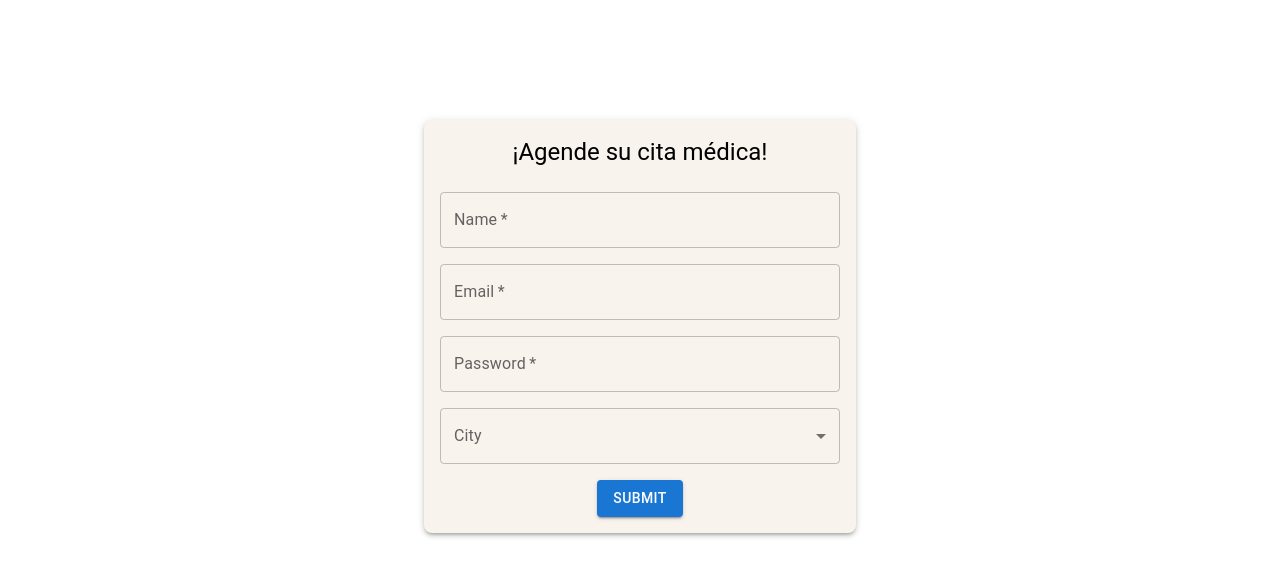
Repository: nicoleabaddd/FormReactJs
Page: /
An editor plug-in stored every save of this project. The page is shown before and after the next save, followed by the edit.
The browser window is 1280 px wide. The pictures show the whole page.
The project was rebuilt for these pictures with package versions that can differ from the ones it lists, and the page was loaded fresh each time. Also part of the build but not shown: src/App.css.

Above is the page before, as saved 2024-07-15 01:10:54.

### src/App.js
import './App.css';
import { Box } from '@mui/material';
import FormPages from "./pages/formPages";

const App = () => {
  return (
    <div>
      <FormPages />
    </div>
  );
};

export default App;

### src/pages/formPages.jsx
import { Box } from "@mui/material";
import React from "react";
import Forms from "../components/formulario";

const FormPages=()=> {
    return (
        <Box sx={{}}> <Box sx={{marginTop: "120px" ,justifyContent: "center" }}> <Forms/></Box> </Box>

    )
};

export default FormPages;

### src/components/formulario.jsx
import React, { useState } from "react";
import {
    TextField,
    Button,
    Box,
    Typography,
    Dialog,
    DialogActions,
    DialogContent,
    DialogContentText,
    DialogTitle,
    MenuItem,
    Select,
    InputLabel,
    FormControl
  } from "@mui/material";
import { green } from "@mui/material/colors";

  const cities = [
    { name: "Quito", value: "Quito" },
    { name: "Guayaquil", value: "Guayaquil" },
    { name: "Cuenca", value: "Cuenca" },
    { name: "Santo Domingo", value: "Santo Domingo" },
    { name: "Machala", value: "Machala" },
    { name: "Durán", value: "Durán" },
    { name: "Manta", value: "Manta" },
    { name: "Portoviejo", value: "Portoviejo" },
    { name: "Ambato", value: "Ambato" },
    { name: "Riobamba", value: "Riobamba" }
  ];

  const Forms = () => {
    const [formData, setFormData] = useState({
      name: "",
      email: "",
      password: "",
      city: ""
    });
    const [open, setOpen] = useState(false);

    const handleChange = (e) => {
      const { name, value } = e.target;
      setFormData((prevData) => ({
        ...prevData,
        [name]: value
      }));
    };

    const handleSubmit = (e) => {
      e.preventDefault();
      console.log(formData);
      setOpen(true);
    };

    const handleClose = () => {
      setOpen(false);
    };

    return (
      <Box
        component="form"
        onSubmit={handleSubmit}
        sx={{
          display: "flex",
          flexDirection: "column",
          alignItems: "center",
          gap: 2,
          maxWidth: 400,
          margin: "auto",
          padding: 2,
          boxShadow: 3,
          borderRadius: 2,
          background: "#F9F3EE"
        }}
      >
        <Typography variant="h5" component="h1" gutterBottom>
          ¡Agende su cita médica!
        </Typography>

        <TextField
          label="Name"
          name="name"
          value={formData.name}
          onChange={handleChange}
          fullWidth
          required
        />
        <TextField
          label="Email"
          name="email"
          value={formData.email}
          onChange={handleChange}
          fullWidth
          required
          type="email"
        />
        <TextField
          label="Password"
          name="password"
          value={formData.password}
          onChange={handleChange}
          fullWidth
          required
          type="password"
        />
        <FormControl fullWidth>
          <InputLabel id="city-label">City</InputLabel>
          <Select
            labelId="city-label"
            name="city"
            value={formData.city}
            onChange={handleChange}
            label="City"
            fullWidth
            required
          >
            {cities.map((city, index) => (
              <MenuItem key={index} value={city.value}>
                {city.name}
              </MenuItem>
            ))}
          </Select>
        </FormControl>
        <Button variant="contained" color="primary" type="submit">
          Submit
        </Button>

        <Dialog open={open} onClose={handleClose}>
          <DialogTitle>{"Cita agendada"}</DialogTitle>
          <DialogContent>
            <DialogContentText>
              ¡Tu cita ha sido agendada exitosamente!
            </DialogContentText>
          </DialogContent>
          <DialogActions>
            <Button onClick={handleClose} color="primary" autoFocus>
              Close
            </Button>
          </DialogActions>
        </Dialog>
      </Box>
    );
  };

export default Forms;

Loaded but not shown: public/index.html (common file); src/index.js (common file); src/index.css (common file); src/reportWebVitals.js (common file)

After the next save:
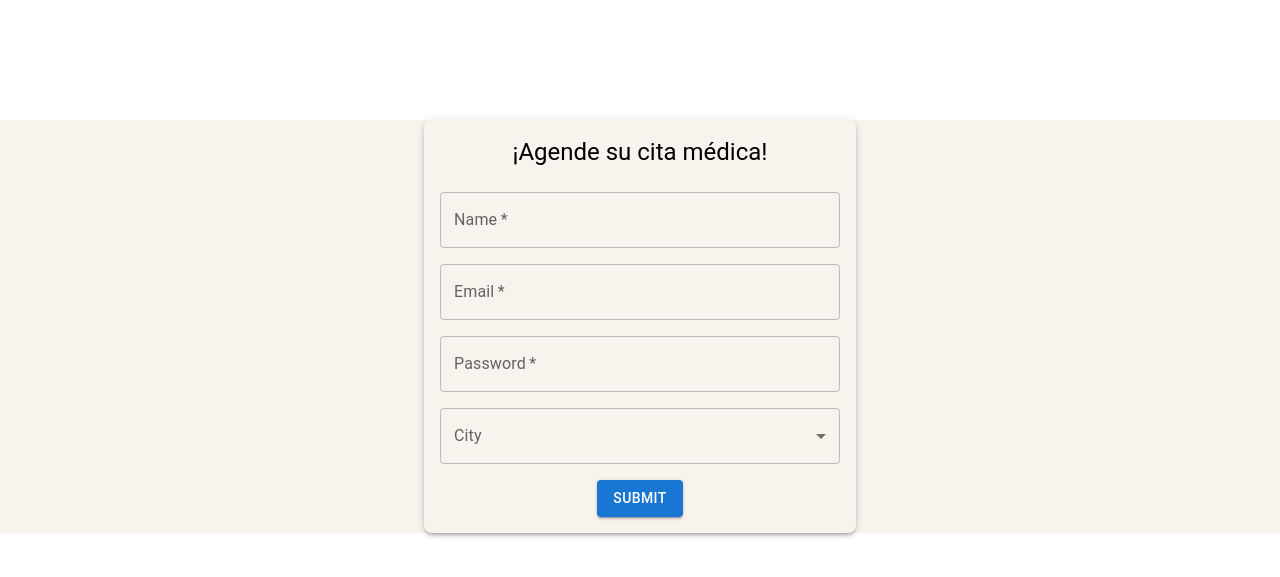
Saved 105 s later.
--- a/src/pages/formPages.jsx
+++ b/src/pages/formPages.jsx
@@ -2,11 +2,14 @@ import { Box } from "@mui/material";
 import React from "react";
 import Forms from "../components/formulario";
 
-const FormPages=()=> {
-    return (
-        <Box sx={{}}> <Box sx={{marginTop: "120px" ,justifyContent: "center" }}> <Forms/></Box> </Box>
-
-    )
+const FormPages = () => {
+  return (
+    <Box sx={{background: "#F9F3EE"}}>
+      <Box sx={{ marginTop: "120px", justifyContent: "center" }}>
+        <Forms />
+      </Box>
+    </Box>
+  );
 };
 
 export default FormPages;
